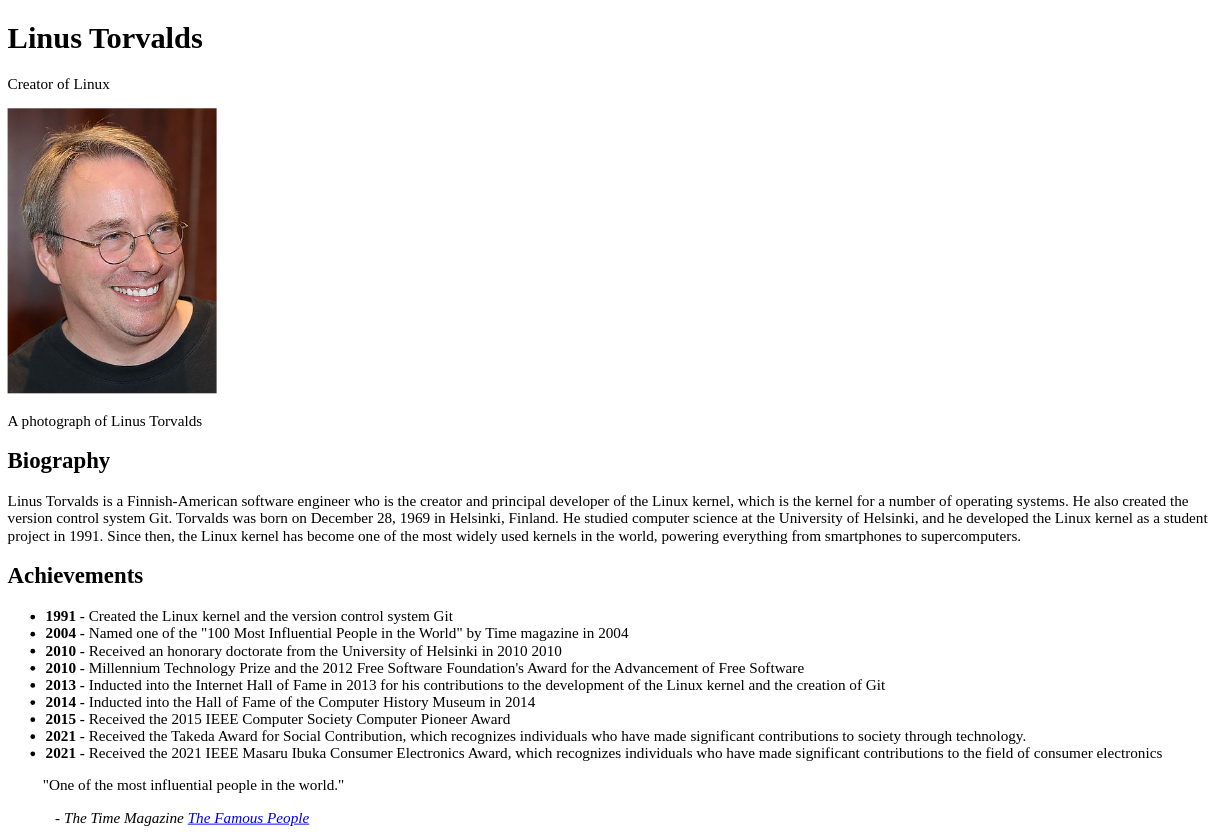
Repository: shoaib-1729/Web-Dev-Course_Dot-Batch_Love-Babbar
Page: 02_HTML Session Basics-to-Pro Level/03_HTML-Basics-Session-III/03_Code-Practice-Session-3/portfolio.html
These files come from the project's save history. The page is drawn as it stood at one moment and after the next save; the edit follows.
The browser window is 1280 px wide. The pictures show the whole page, at 95% of full size.

Above is the page before, as saved 2023-07-29 14:28:04.

### 02_HTML Session Basics-to-Pro Level/03_HTML-Basics-Session-III/03_Code-Practice-Session-3/portfolio.html
<!DOCTYPE html>
<html lang="en">

<head>
    <meta charset="UTF-8">
    <meta name="viewport" content="width=device-width, initial-scale=1.0">
    <title>Portfolio </title>
</head>

<body>
    <!-- Intro Image Section -->
    <h1>Linus Torvalds</h1>
    <p>Creator of Linux</p>
    <img src="images/Linus-Torvalds.jpeg" alt="Linus-Torvalds-Image" height="300px">
    <p>A photograph of Linus Torvalds</p>

    <!-- Biography Section -->
    <h2>Biography</h2>
    <p>Linus Torvalds is a Finnish-American software engineer who is the creator and principal developer of the Linux kernel, which is the kernel for a number of operating systems. He also created the version control system Git. Torvalds was born on December
        28, 1969 in Helsinki, Finland. He studied computer science at the University of Helsinki, and he developed the Linux kernel as a student project in 1991. Since then, the Linux kernel has become one of the most widely used kernels in the world,
        powering everything from smartphones to supercomputers.
    </p>

    <!-- Achievements Section -->
    <h2>Achievements</h2>
    <ul>
        <li>
            <b>1991 - </b>Created the Linux kernel and the version control system Git
        </li>

        <li>
            <b>2004 - </b>Named one of the "100 Most Influential People in the World" by Time magazine in 2004
        </li>

        <li>
            <b>2010 - </b>Received an honorary doctorate from the University of Helsinki in 2010 2010
        </li>

        <li>
            <b>2010 - </b>Millennium Technology Prize and the 2012 Free Software Foundation's Award for the Advancement of Free Software
        </li>

        <li>
            <b>2013 - </b>Inducted into the Internet Hall of Fame in 2013 for his contributions to the development of the Linux kernel and the creation of Git
        </li>

        <li>
            <b>2014 - </b>Inducted into the Hall of Fame of the Computer History Museum in 2014
        </li>

        <li>
            <b>2015 - </b>Received the 2015 IEEE Computer Society Computer Pioneer Award
        </li>

        <li>
            <b>2021 - </b>Received the Takeda Award for Social Contribution, which recognizes individuals who have made significant contributions to society through technology.

        </li>

        <li>
            <b>2021 - </b>Received the 2021 IEEE Masaru Ibuka Consumer Electronics Award, which recognizes individuals who have made significant contributions to the field of consumer electronics
        </li>
    </ul>

    <p style="margin-left:37px">"One of the most influential people in the world."</p>
    <i style="margin-left:50px">- The Time Magazine <a href="https://content.time.com/time/specials/packages/article/0,28804,1970858_1970909_1971691,00.html"><i>The Famous People</i></a>
    </i>

</body>

</html>

After the next save:
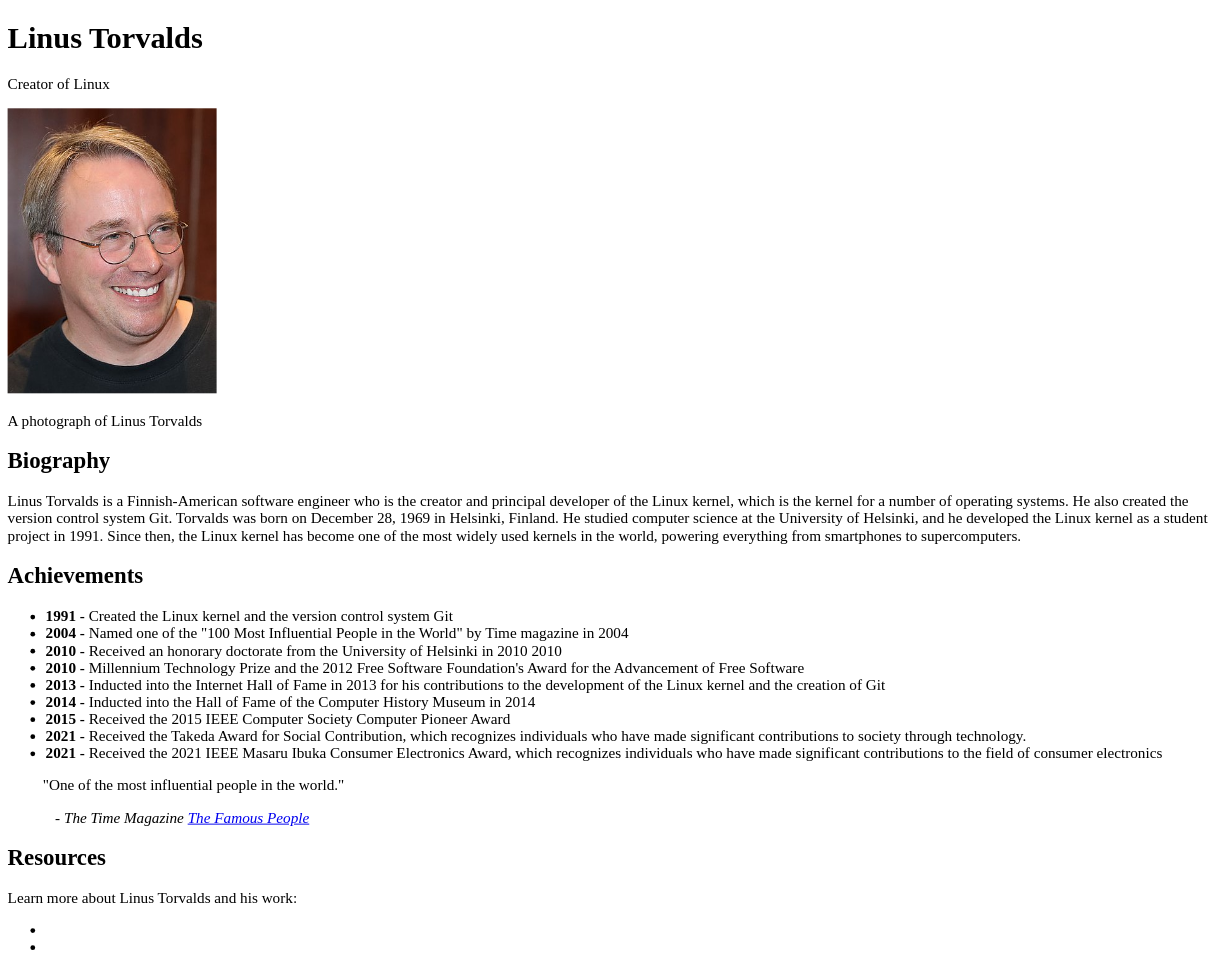
Saved 3 min 13 s later.
--- a/02_HTML Session Basics-to-Pro Level/03_HTML-Basics-Session-III/03_Code-Practice-Session-3/portfolio.html
+++ b/02_HTML Session Basics-to-Pro Level/03_HTML-Basics-Session-III/03_Code-Practice-Session-3/portfolio.html
@@ -66,6 +66,17 @@
     <i style="margin-left:50px">- The Time Magazine <a href="https://content.time.com/time/specials/packages/article/0,28804,1970858_1970909_1971691,00.html"><i>The Famous People</i></a>
     </i>
 
+    <h2>Resources</h2>
+    <p>Learn more about Linus Torvalds and his work:</p>
+    <ul>
+        <li>
+
+        </li>
+
+        <li>
+
+        </li>
+    </ul>
 </body>
 
 </html>
